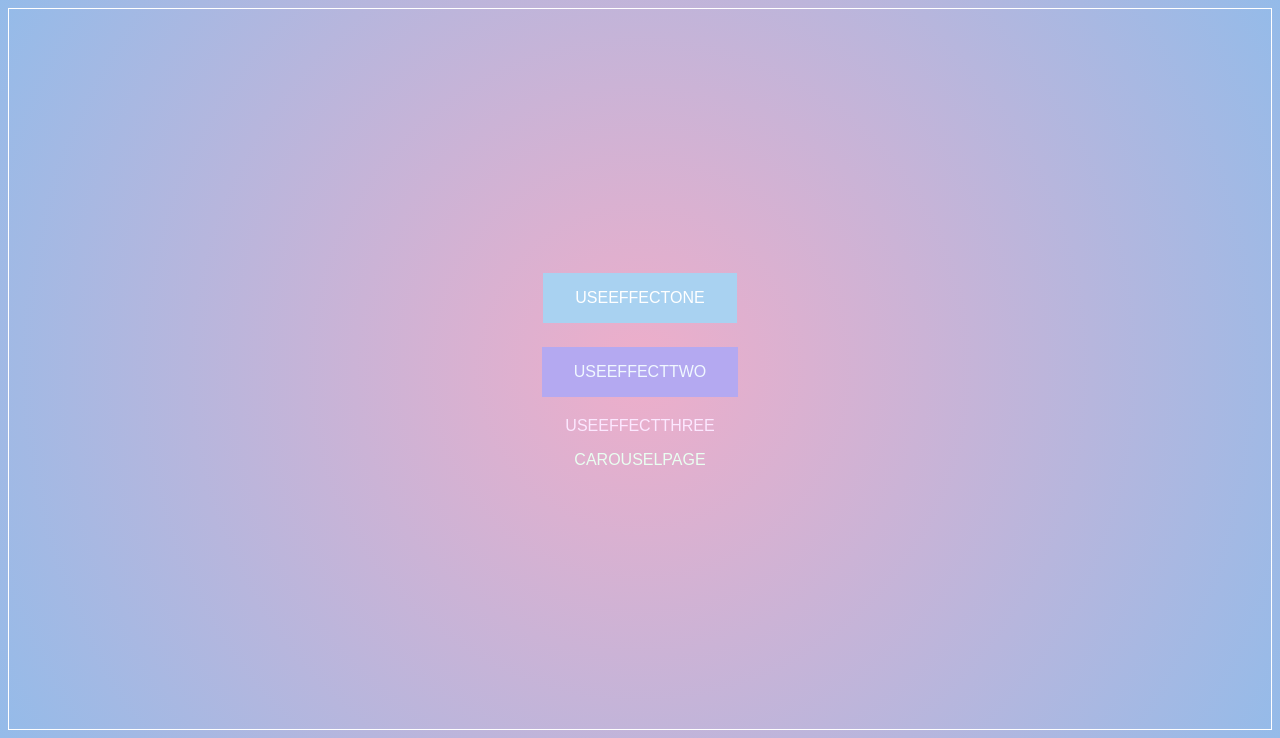
Repository: juliet-jskim/week-8-useEffect-carousel
Page: /
The author's editor kept a copy of each file at every save. The page is drawn from the files as they stood at one save, then again after the next save.
The browser window is 1280 px wide. The pictures show the whole page.
The project was rebuilt for these pictures with package versions that can differ from the ones it lists, and the page was loaded fresh each time. The framework's server and built-in components were replaced by stand-ins that run in the browser. Also part of the build but not shown: next.config.js.

Above is the page before, as saved 2023-02-20 22:30:32.

### pages/index.js
import Head from 'next/head'
import styles from '@/styles/Home.module.css'
import Link from 'next/link'

export default function Home() {
  return (
    <>
      <Head>
        <title>Create Next App</title>
        <meta name="description" content="Generated by create next app" />
        <meta name="viewport" content="width=device-width, initial-scale=1" />
        <link rel="icon" href="/favicon.ico" />
      </Head>
      <main className={styles.main}>
        <div className={styles.link_one}>
          <Link style={{ textDecoration: 'none',  color: 'white' }} href="/useEffectOne">useEffectOne</Link>
        </div>
       <div className={styles.link_two}>
        <Link style={{ textDecoration: 'none', color: 'aliceBlue'}} href="/useEffectTwo">useEffectTwo</Link>
       </div>
       <div className={styles.link_three}>
        <Link style={{ textDecoration: 'none', color: 'rgb(252, 232, 255)' }} href="/useEffectThree">useEffectThree</Link>
       </div>
       <div className={styles.link_carousel}>
        <Link style={{ textDecoration: 'none', color: 'rgb(233, 255, 241)' }} href="/carouselPage">carouselPage</Link>
       </div>

      </main>
    </>
  )
}

### styles/globals.css
:root {
  /** add colors you want to add to all the pages here**/
  background: rgb(238,174,202);
  background: radial-gradient(circle, rgba(238,174,202,1) 0%, rgba(148,187,233,1) 100%);

}

### styles/Home.module.css
.main {
  display: flex;
  flex-direction: column;
  justify-content: center;
  gap: 1rem;
  align-items: center;
  /* padding-top: 10rem; */
  min-height: 100vh;
  border: 1px solid rgb(255, 255, 255);
  background: no-repeat;
}

.link_one{
  font-family: Arial, Helvetica, sans-serif;
  text-transform: uppercase;
  text-decoration: none;
  background-color: #a9d2f1;
  border: none;
  padding: 1rem 2rem;
  text-align: center;
  font-size: 16px;
  margin: 4px 2px;
}
.link_one:hover{
font-size: 1.4rem;
opacity: 0.6;
transition: 0.3s;
}

.link_two{
  font-family: Arial, Helvetica, sans-serif;
  text-transform: uppercase;
  text-decoration: none;
  background-color: #b4a9f1;
  border: none;
  padding: 1rem 2rem;
  text-align: center;
  font-size: 16px;
  margin: 4px 2px;
}
.link_two:hover{
  font-size: 1.4rem;
  opacity: 0.9;
  transition: 0.3s;
  }

.link_three{
  font-family: Arial, Helvetica, sans-serif;
  text-transform: uppercase;
  text-decoration: none;
}
.link_three:hover{
  font-size: 1.4rem;
  opacity: 0.6;
  transition: 0.3s;
  }

.link_carousel{
  font-family: Arial, Helvetica, sans-serif;
  text-transform: uppercase;
  text-decoration: none;
}
.link_carousel:hover{
  font-size: 1.4rem;
  opacity: 0.6;
  transition: 0.3s;
  }

Loaded but not shown: pages/_app.js (common file); pages/_document.js (common file)

After the next save:
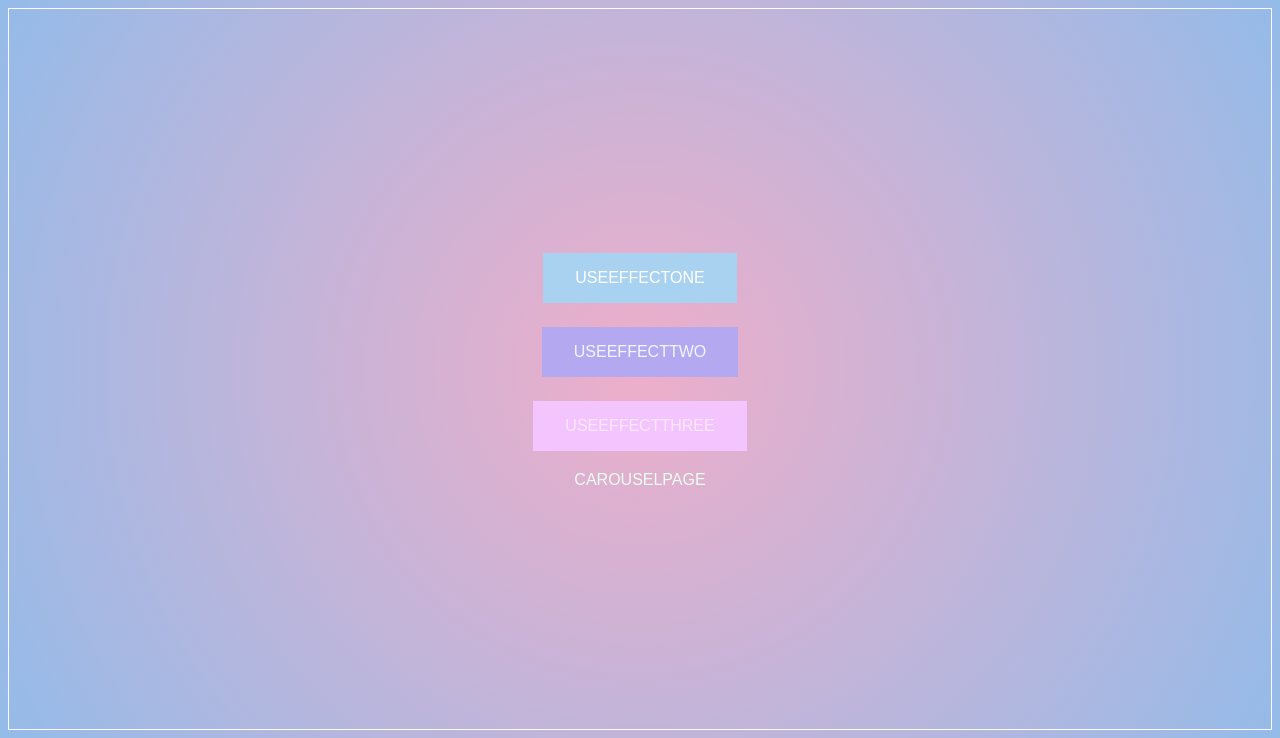
Saved 49 s later.
--- a/styles/Home.module.css
+++ b/styles/Home.module.css
@@ -22,9 +22,9 @@
   margin: 4px 2px;
 }
 .link_one:hover{
-font-size: 1.4rem;
-opacity: 0.6;
-transition: 0.3s;
+  font-size: 1.4rem;
+  opacity: 0.9;
+  transition: 0.3s;
 }
 
 .link_two{
@@ -48,10 +48,16 @@ transition: 0.3s;
   font-family: Arial, Helvetica, sans-serif;
   text-transform: uppercase;
   text-decoration: none;
+  background-color: #f4c4ff;
+  border: none;
+  padding: 1rem 2rem;
+  text-align: center;
+  font-size: 16px;
+  margin: 4px 2px;
 }
 .link_three:hover{
   font-size: 1.4rem;
-  opacity: 0.6;
+  opacity: 0.9;
   transition: 0.3s;
   }
 
@@ -62,6 +68,6 @@ transition: 0.3s;
 }
 .link_carousel:hover{
   font-size: 1.4rem;
-  opacity: 0.6;
+  opacity: 0.9;
   transition: 0.3s;
   }
